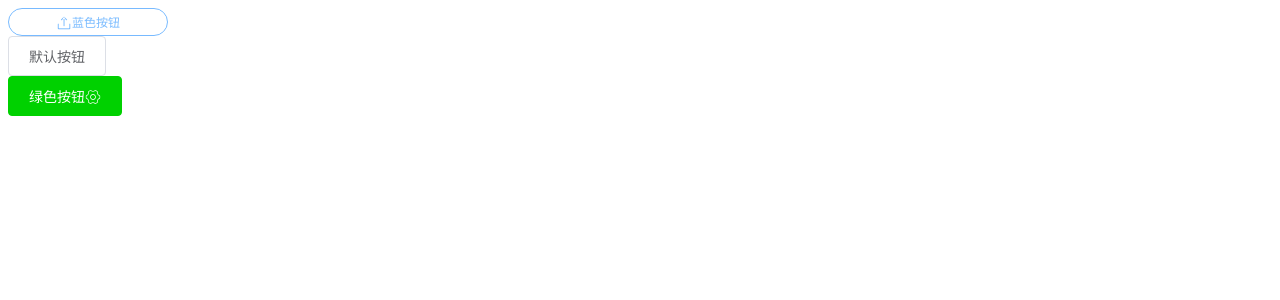
Repository: Cherry-pan/component-packing
Page: /
An editor plug-in stored every save of this project. The page is shown before and after the next save, followed by the edit.
The browser window is 1280 px wide. The pictures show the whole page.
The project was rebuilt for these pictures with package versions that can differ from the ones it lists, and the page was loaded fresh each time. Also part of the build but not shown: vue.config.js.

Above is the page before, as saved 2022-04-30 15:27:57.

### index.html
<!DOCTYPE html>
<html>
  <head>
    <meta charset="utf-8">
    <meta name="viewport" content="width=device-width,initial-scale=1.0">
    <title>component-packing</title>
  </head>
  <body>
    <div id="app"></div>
    <!-- built files will be auto injected -->
  </body>
</html>

### src/main.js
// The Vue build version to load with the `import` command
// (runtime-only or standalone) has been set in webpack.base.conf with an alias.
import Vue from 'vue'
import App from './App'
import router from './router'

Vue.config.productionTip = false
// 引入icon css样式
import "./styles/icon/iconfont.css"
/* eslint-disable no-new */
new Vue({
  el: '#app',
  router,
  components: { App },
  template: '<App/>'
})

### src/styles/icon/iconfont.css
@font-face {
  font-family: "iconfont"; /* Project id 3369880 */
  src:url('iconfont.ttf?t=1651303504252') format('truetype');
}

.iconfont {
  font-family: "iconfont" !important;
  font-size: 16px;
  font-style: normal;
  -webkit-font-smoothing: antialiased;
  -moz-osx-font-smoothing: grayscale;
}

.icon-shezhi:before {
  content: "\e64b";
}

.icon-shangchuan:before {
  content: "\e600";
}

### src/components/Home.vue
<template>
  <div>
    <AButton
      type="primary"
      border
      round
      disabled
      size="mini"
      minWidth="160px"
      prefix="shangchuan"
    >
      蓝色按钮
    </AButton>
    <AButton>
      默认按钮
    </AButton>
    <AButton type="success" suffix="shezhi">
      绿色按钮
    </AButton>
  </div>
</template>

<script>
export default {
  name: "Home",
  components: {
    AButton: () => import("@/components/button/Button.vue")
  },

  data() {
    return {};
  }
};
</script>

<!-- Add "scoped" attribute to limit CSS to this component only -->
<style scoped></style>

### src/components/button/Button.vue
<template>
  <div>
    <button
      :class="[theme, isBorder, isRound, specifications]"
      :disabled="disabled"
      class="a-button"
      :style="[minWidthCss]"
    >
      <span>
        <i v-if="iconPrefix" class="iconfont icon-prefix icon-shangchuan" :class="iconPrefix"></i>
        <slot></slot>
        <i v-if="iconSuffix" class="iconfont icon-suffix" :class="iconSuffix"></i>
      </span>
    </button>
  </div>
</template>

<script>
export default {
  name: "Button",
  props: {
    //   类型
    type: {
      type: String,
      default: ""
    },
    // 边框
    border: Boolean, //默认是false
    // 圆角
    round: Boolean,
    // 是否禁用
    disabled: Boolean,
    size: {
      type: String,
      default: ""
    },
    minWidth: {
      type: String,
      default: ""
    },
    prefix: {
      type: String,
      default: ""
    },
    suffix:{
        type:String,
        default:""
    }
  },
  computed: {
    // 监听变化
    theme() {
      console.log(this.type);
      // 如果有值，返回
      return this.type ? `a-button-${this.type}` : "";
    },
    isBorder() {
      return this.border ? "is-border" : "";
    },
    isRound() {
      return this.round ? "is-round" : "";
    },
    specifications() {
      return this.size ? `a-button-${this.size}` : "";
    },
    minWidthCss() {
      // 如果没有值，返回空，有值拼接css样式
      if (!this.minWidth) {
        return "";
      }
      return { "min-width": this.minWidth };
    },
    iconPrefix() {
      return this.prefix ? `icon-${this.prefix}` : "";
    },
    iconSuffix(){
      console.log(this.suffix);

        return this.suffix ? `icon-${this.suffix}`:""
    }
  },
  data() {
    return {};
  },

  mounted() {},

  methods: {}
};
</script>

<style lang="scss" scoped>
.a-button {
  padding: 0 20px 0 20px;
  border-width: 1px;
  border-color: #dcdfe6;
  border-style: solid;
  border-radius: 4px;
  background-color: white;
  font-size: 14px;
  color: #606266;
  height: 40px;
  line-height: 40px;
  > span {
    display: flex;
    align-items: center;
    justify-content: center;
  }
}
// 禁用 透明度
.a-button[disabled] {
  opacity: 0.7;
  // 鼠标变成禁用
  cursor: not-allowed;
}
.a-button-primary {
  border-color: #409eff;
  background-color: #409eff;
  color: white;
  &.is-border {
    background-color: transparent;
    color: #409eff;
  }
}
.a-button-success {
  border-color: #00d100;
  background-color: #00d100;
  color: white;
  &.is-border {
    background-color: transparent;
    color: #00d100;
  }
}
.a-button-warning {
  border-color: #e6a23c;
  background-color: #e6a23c;
  color: white;
  &.is-border {
    background-color: transparent;
    color: #e6a23c;
  }
}
.a-button-danger {
  border-color: #f56c6c;
  background-color: #f56c6c;
  color: white;
  &.is-border {
    background-color: transparent;
    color: #f56c6c;
  }
}
// 圆角
.is-round {
  border-radius: 100px;
}
// 尺寸
.a-button-medium {
  height: 36px;
  line-height: 36px;
}
.a-button-small {
  height: 32px;
  line-height: 32px;
  font-size: 12px;
  padding: 0 15px 0 15px;
}
.a-button-mini {
  height: 28px;
  line-height: 28px;
  font-size: 12px;
  padding: 0 15px 0 15px;
}
</style>

Loaded but not shown: src/App.vue (common file); src/router/index.js (common file)

After the next save:
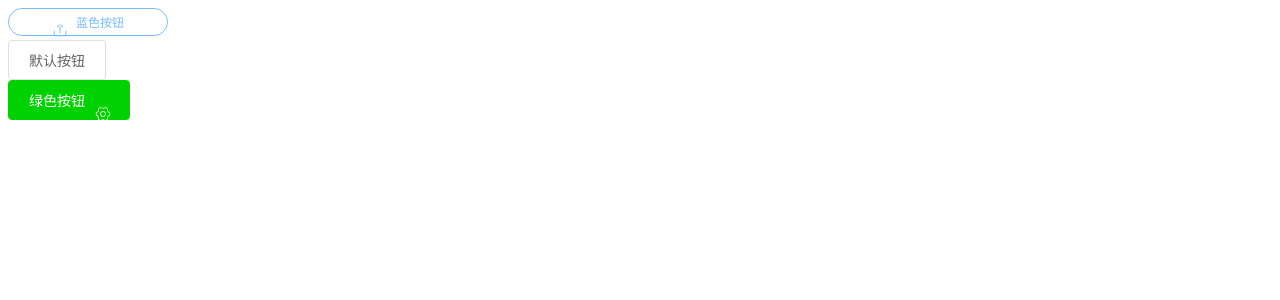
Saved 5 min 54 s later.
--- a/src/components/button/Button.vue
+++ b/src/components/button/Button.vue
@@ -7,9 +7,17 @@
       :style="[minWidthCss]"
     >
       <span>
-        <i v-if="iconPrefix" class="iconfont icon-prefix icon-shangchuan" :class="iconPrefix"></i>
+        <i
+          v-if="iconPrefix"
+          class="iconfont icon-prefix icon-shangchuan"
+          :class="iconPrefix"
+        ></i>
         <slot></slot>
-        <i v-if="iconSuffix" class="iconfont icon-suffix" :class="iconSuffix"></i>
+        <i
+          v-if="iconSuffix"
+          class="iconfont icon-suffix"
+          :class="iconSuffix"
+        ></i>
       </span>
     </button>
   </div>
@@ -42,9 +50,9 @@ export default {
       type: String,
       default: ""
     },
-    suffix:{
-        type:String,
-        default:""
+    suffix: {
+      type: String,
+      default: ""
     }
   },
   computed: {
@@ -73,10 +81,8 @@ export default {
     iconPrefix() {
       return this.prefix ? `icon-${this.prefix}` : "";
     },
-    iconSuffix(){
-      console.log(this.suffix);
-
-        return this.suffix ? `icon-${this.suffix}`:""
+    iconSuffix() {
+      return this.suffix ? `icon-${this.suffix}` : "";
     }
   },
   data() {
@@ -105,6 +111,16 @@ export default {
     display: flex;
     align-items: center;
     justify-content: center;
+  }
+  i {
+    width: 14px;
+    height: 14px;
+  }
+  .icon-prefix {
+    margin-right: 10px;
+  }
+  .icon-suffix {
+    margin-left: 10px;
   }
 }
 // 禁用 透明度
